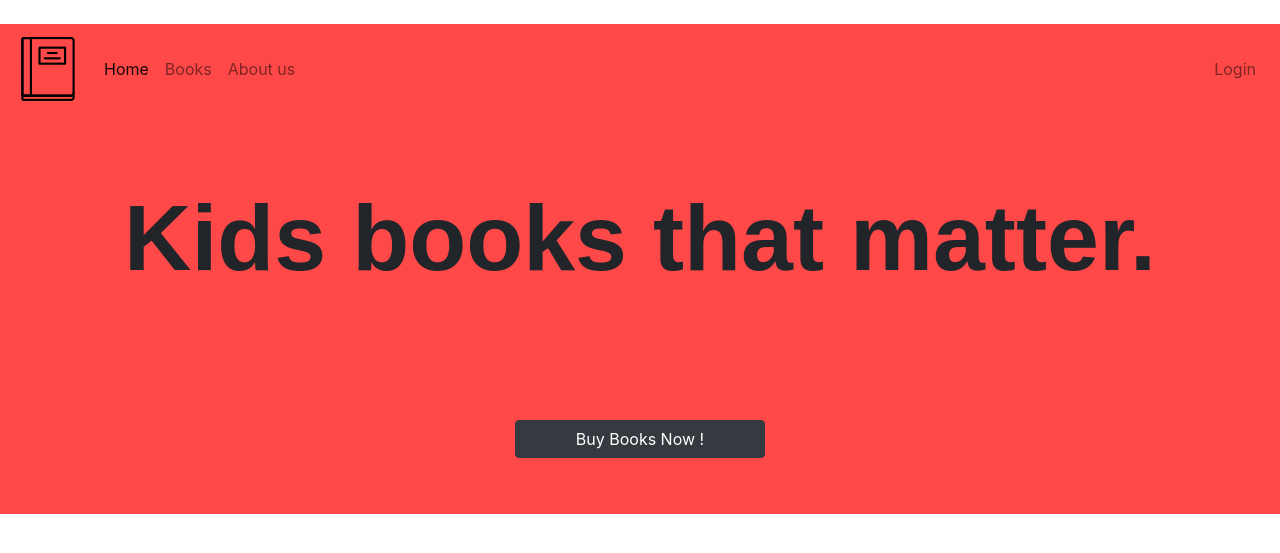
Repository: abhishekgandhi2398/BookStore
Page: http://localhost/BookStore/1.jsp
The author's editor kept a copy of each file at every save. The page is drawn from the files as they stood at one save, then again after the next save.
The browser window is 1280 px wide. The pictures show the whole page.
The page is served by Tomcat 9. Other server files are loaded and not shown.

Above is the page before, as saved 2019-12-06 10:51:31.
Console error: TypeError: Cannot read properties of undefined (reading 'fn')

### ProjectJava/BookStore/WebContent/1.jsp
<%@ page language="java" contentType="text/html; charset=ISO-8859-1"
    pageEncoding="ISO-8859-1"%>
<!DOCTYPE html>
<html>
<head>
<meta charset="ISO-8859-1">
<title>Insert title here</title>

<link rel="stylesheet" href="https://maxcdn.bootstrapcdn.com/bootstrap/4.0.0/css/bootstrap.min.css">
<script src="https://maxcdn.bootstrapcdn.com/bootstrap/4.0.0/js/bootstrap.min.js"></script>


</head>
<body>

<br>

<nav class="navbar navbar-expand-lg navbar-light" style="background-color: #FF4948">
  <img src="img/logo.png" class="navbar-brand">
  <button class="navbar-toggler" type="button" data-toggle="collapse" data-target="#navbarTogglerDemo02" aria-controls="navbarTogglerDemo02" aria-expanded="false" aria-label="Toggle navigation">
    <span class="navbar-toggler-icon"></span>
  </button>

  <div class="collapse navbar-collapse" id="navbarTogglerDemo02">
    <ul class="navbar-nav mr-auto mt-2 mt-lg-0">
      <li class="nav-item active">
        <a class="nav-link" href="1.jsp">Home <span class="sr-only">(current)</span></a>
      </li>
      <li class="nav-item">
        <a class="nav-link" href="User_Products.jsp">Books</a>
      </li>
      <li class="nav-item">
        <a class="nav-link" href="#">About us</a>
      </li>
    </ul>

    <form class="form-inline my-2 my-lg-0">
        <ul class="navbar-nav mr-auto mt-2 mt-lg-0">

     <%
String q=(String)session.getAttribute("mobno");

if(q==null)
{
     %>
       <li class="nav-item">
        <a class="nav-link" href="ulogin.jsp">Login</a>
      </li>
<%}
else
{ %>
      <li class="nav-item">
        <a class="nav-link" href="vc.jsp">View Cart</a>
      </li>
      <li class="nav-item">
        <a class="nav-link" href="vieworderuser.jsp">View Orders</a>
      </li>
        <li class="nav-item">
        <a class="nav-link" href="ulogout.jsp">Logout</a>
      </li>

  <%      }


%>
      </ul>


    </form>
  </div>
</nav>



<div style="background-color: #FF4948; height: 250px; width: 100%;" class="d-flex justify-content-center  align-items-center">

		<b style="font-family: sans-serif; font-size: 70pt;">Kids books that matter.</b>

</div>

<div style="background-color: #FF4948; height: 150px; width: 100%;" class="d-flex justify-content-center  align-items-center">
		<a href="User_Products.jsp" class="btn btn-dark" style="height: 80x; width: 250px;">Buy Books Now !</a>



</div>



</body>
</html>

After the next save:
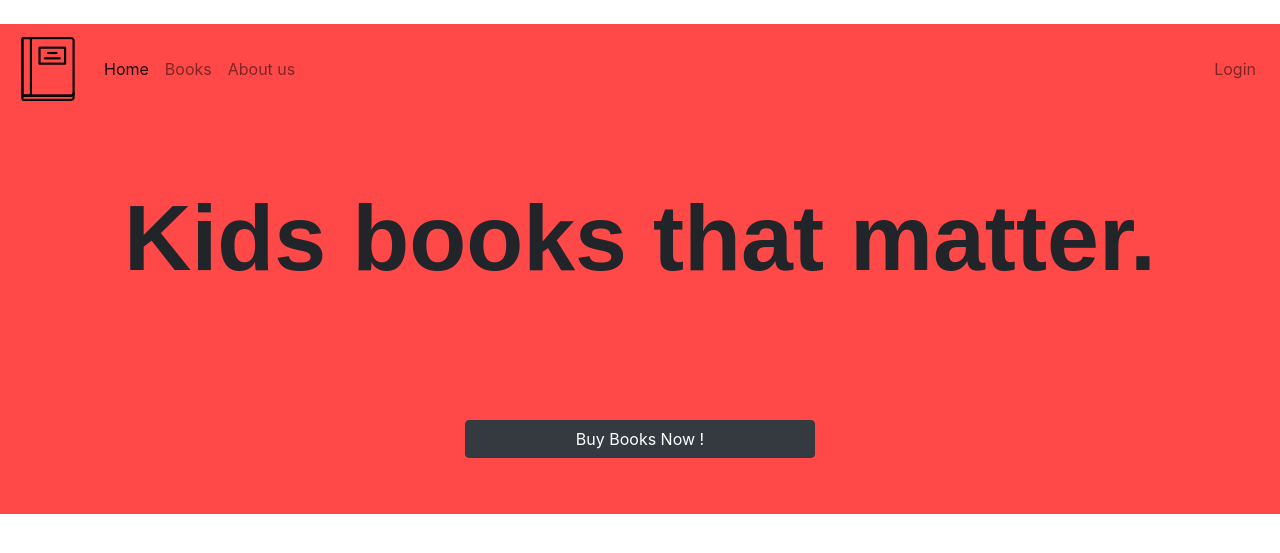
Saved 5 s later.
--- a/ProjectJava/BookStore/WebContent/1.jsp
+++ b/ProjectJava/BookStore/WebContent/1.jsp
@@ -79,7 +79,7 @@ else
 </div>
 
 <div style="background-color: #FF4948; height: 150px; width: 100%;" class="d-flex justify-content-center  align-items-center">
-		<a href="User_Products.jsp" class="btn btn-dark" style="height: 80x; width: 250px;">Buy Books Now !</a>
+		<a href="User_Products.jsp" class="btn btn-dark" style="height: 80x; width: 350px;">Buy Books Now !</a>
 
 
 
